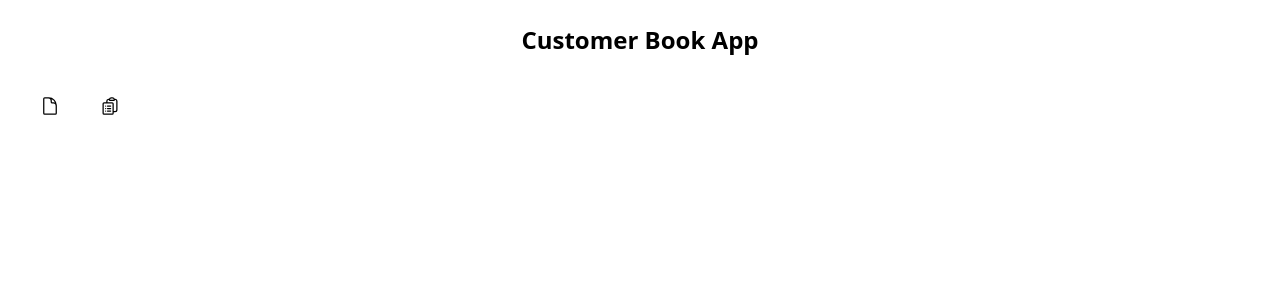
Repository: higirobruce/customerbookapp
Page: /
These files come from the project's save history. The page is drawn as it stood at one moment and after the next save; the edit follows.
The browser window is 1280 px wide. The pictures show the whole page.
The project was rebuilt for these pictures with package versions that can differ from the ones it lists, and the page was loaded fresh each time. The framework's server and built-in components were replaced by stand-ins that run in the browser. Also part of the build but not shown: next.config.js, components/layout/sidebar.js.

Above is the page before, as saved 2022-11-24 16:33:00.

### pages/index.js
import Head from "next/head";
import Image from "next/image";
import Sidebar from "../components/layout/sidebar";
import MainScreen from "../components/layout/mainScreen";

const Home = () => {
  return (
    <div className="flex min-h-screen flex-row">
      {/* <Sidebar /> */}
      <MainScreen />
    </div>
  );
};

export default Home;

### components/layout/mainScreen.js
import React from "react";
import {
  DocumentIcon,
  ClipboardDocumentListIcon
} from '@heroicons/react/24/outline'


export default function MainScreen() {
  return (
    <div className="flex flex-col w-full pt-6 space-y-10">
      {/* header */}
      <div className="flex justify-center text-2xl font-semibold">
        Customer Book App
      </div>
      {/* Menu bar */}
      <div className="flex flex-row px-10 space-x-10">
        <DocumentIcon className="h-5 w-5"/>
        <ClipboardDocumentListIcon className="h-5 w-5"/>
      </div>
      {/* Body */}
    </div>
  );
}

Loaded but not shown: pages/_app.tsx (common file); styles/globals.css (common file); tailwind.config.js (common file)

After the next save:
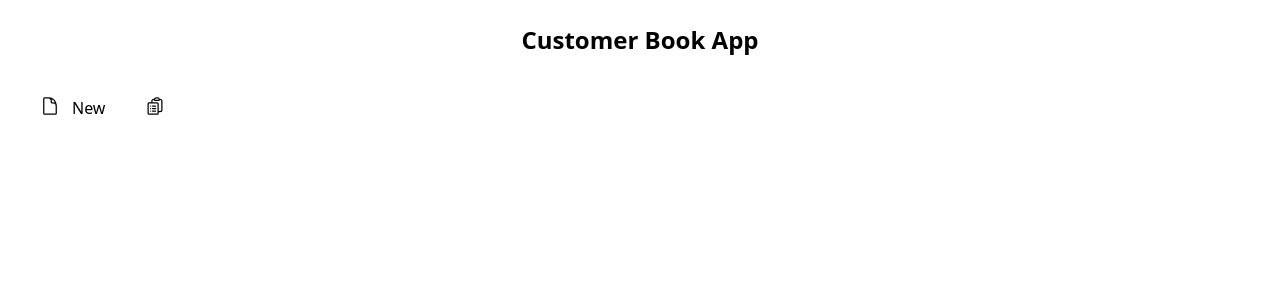
Saved 38 s later.
--- a/components/layout/mainScreen.js
+++ b/components/layout/mainScreen.js
@@ -14,7 +14,10 @@ export default function MainScreen() {
       </div>
       {/* Menu bar */}
       <div className="flex flex-row px-10 space-x-10">
-        <DocumentIcon className="h-5 w-5"/>
+        <div className="flex flex-row space-x-3">
+          <DocumentIcon className="h-5 w-5"/>
+          <div>New</div>
+        </div>
         <ClipboardDocumentListIcon className="h-5 w-5"/>
       </div>
       {/* Body */}
